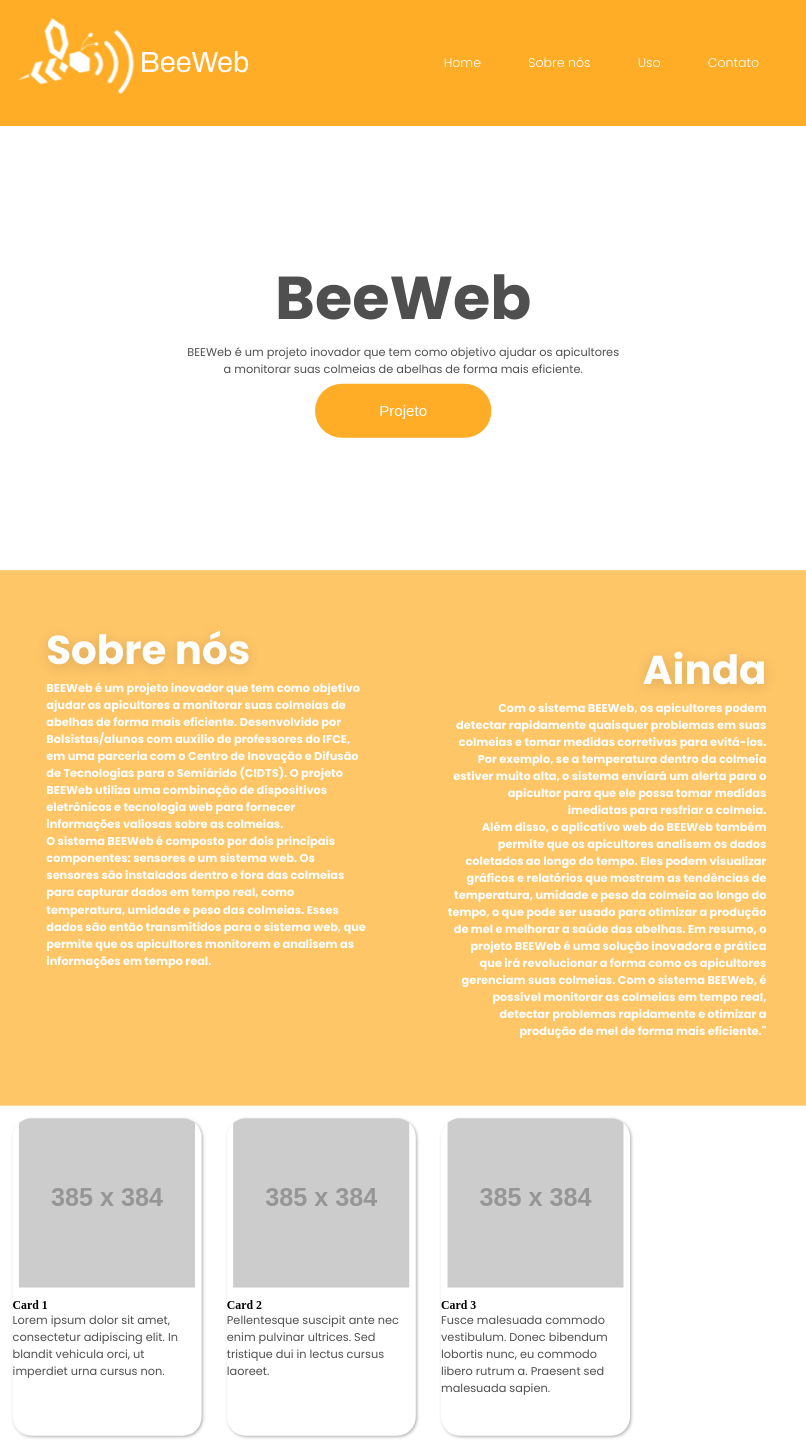
Repository: CCG-web/beeweb
Page: /
An editor plug-in stored every save of this project. The page is shown before and after the next save, followed by the edit.
The browser window is 1280 px wide. The pictures show the whole page, at 63% of full size.
The project was rebuilt for these pictures with package versions that can differ from the ones it lists, and the page was loaded fresh each time.

Above is the page before, as saved 2023-05-04 13:43:12.

### public/index.html
<!DOCTYPE html>
<html lang="en">
  <head>
    <meta charset="utf-8" />
    <link rel="icon" href="%PUBLIC_URL%/favicon.ico" />
    <meta name="viewport" content="width=device-width, initial-scale=1" />
    <meta name="theme-color" content="#000000" />
    <meta
      name="description"
      content="Web site created using create-react-app"
    />
    <link rel="preconnect" href="https://fonts.googleapis.com">
<link rel="preconnect" href="https://fonts.gstatic.com" crossorigin>
<link href="https://fonts.googleapis.com/css2?family=Poppins:ital,wght@0,100;0,200;0,300;0,400;0,500;0,600;0,700;0,800;0,900;1,100;1,200;1,300;1,400;1,500;1,600;1,700;1,800;1,900&display=swap" rel="stylesheet">
    <link rel="apple-touch-icon" href="%PUBLIC_URL%/logo192.png" />
    <!--
      manifest.json provides metadata used when your web app is installed on a
      user's mobile device or desktop. See https://developers.google.com/web/fundamentals/web-app-manifest/
    -->
    <link rel="manifest" href="%PUBLIC_URL%/manifest.json" />
    <!--
      Notice the use of %PUBLIC_URL% in the tags above.
      It will be replaced with the URL of the `public` folder during the build.
      Only files inside the `public` folder can be referenced from the HTML.

      Unlike "/favicon.ico" or "favicon.ico", "%PUBLIC_URL%/favicon.ico" will
      work correctly both with client-side routing and a non-root public URL.
      Learn how to configure a non-root public URL by running `npm run build`.
    -->
    <title>BeeWeb</title>
  </head>
  <body>
    <noscript>You need to enable JavaScript to run this app.</noscript>
    <div id="root"></div>
    <!--
      This HTML file is a template.
      If you open it directly in the browser, you will see an empty page.

      You can add webfonts, meta tags, or analytics to this file.
      The build step will place the bundled scripts into the <body> tag.

      To begin the development, run `npm start` or `yarn start`.
      To create a production bundle, use `npm run build` or `yarn build`.
    -->
  </body>
</html>

### src/index.css
*{
   margin: 0;
   padding: 0;
   box-sizing: border-box;
}

### src/App.js
import Navbar from "./components/Navbar";
import Home from "./components/Home.jsx"
import Sobre from "./components/Sobre";
import Cards from "./components/Cards";
import './App.css'
function App() {
  return (
    <div>
      <Navbar/>
    <Home/>
    <Sobre/>




    <div className='cardContainer'>




    <Cards
        image="https://via.placeholder.com/385x384.png?text=Image+1"
        alt="Image 1"
        title="Card 1"
        description="Lorem ipsum dolor sit amet, consectetur adipiscing elit. In blandit vehicula orci, ut imperdiet urna cursus non."
        />
      <Cards
        image="https://via.placeholder.com/385x384.png?text=Image+2"
        alt="Image 2"
        title="Card 2"
        description="Pellentesque suscipit ante nec enim pulvinar ultrices. Sed tristique dui in lectus cursus laoreet. "
        />
      <Cards
        image="https://via.placeholder.com/385x384.png?text=Image+3"
        alt="Image 3"
        title="Card 3"
        description="Fusce malesuada commodo vestibulum. Donec bibendum lobortis nunc, eu commodo libero rutrum a. Praesent sed malesuada sapien."
        />
  </div>

       </div>





  );
}

export default App;

### src/components/Navbar.jsx

import React, { useState, useEffect } from 'react'
import logoBee from "../assets/logoBEE.svg"
import { Divide as Hamburger } from 'hamburger-react'
import './Navbar.css'
const Navbar = () => {
  const [toggleMenu, setToggleMenu] = useState(false)
  const [screenWidth, setScreenWidth] = useState(window.innerWidth)

  const toggleNav = () => {

    setToggleMenu(!toggleMenu)
  }
  useEffect(() => {

    const changeWidth = () => {
      setScreenWidth(window.innerWidth);
    }

    window.addEventListener('resize', changeWidth)
    return () => {
      window.removeEventListener('resize', changeWidth)
    }
  }, [])

  return (



    <nav>

      {(toggleMenu || screenWidth > 1000) && (
        <ul className="list">


          <li className="items">Home</li>
          <li className="items">Sobre nós</li>
          <li className="items">Uso</li>
          <li className="items">Contato</li>

        </ul>
      )

      }


       <img src={logoBee} alt="" />

      <button onClick={toggleNav} className='btn'><Hamburger/></button>
    </nav>

  )
}

export default Navbar

### src/components/Home.jsx


import './Home.css'
const Home = () => {
    return (
        <section className='containerHome'>
            <div >

                <h1>BeeWeb</h1>

                <p>BEEWeb é um projeto inovador que tem como objetivo ajudar os apicultores <br/> a monitorar
                    suas colmeias de abelhas de forma mais eficiente.  </p>

                <button className='btnProjeto'>Projeto</button>
            </div>
        </section>
    )
}

export default Home

### src/components/Sobre.jsx
import React from 'react'

import './Sobre.css'

const Sobre = () => {
    return (
        <section className='ContainerSobre'  >
            <div className='itens'>

                <div className='texto first'>

                <h1>Sobre nós</h1>

                    <p>BEEWeb é um projeto inovador que tem como objetivo ajudar os apicultores a monitorar suas colmeias de abelhas de forma mais eficiente. Desenvolvido por Bolsistas/alunos com auxílio de professores do IFCE, em uma parceria com o Centro de Inovação e Difusão de Tecnologias para o Semiárido (CIDTS). O projeto BEEWeb utiliza uma combinação de dispositivos eletrônicos e tecnologia web para fornecer informações valiosas sobre as colmeias. <br />

                        O sistema BEEWeb é composto por dois principais componentes: sensores e um sistema web. Os sensores são instalados dentro e fora das colmeias para capturar dados em tempo real, como temperatura, umidade e peso das colmeias. Esses dados são então transmitidos para o sistema web, que permite que os apicultores monitorem e analisem as informações em tempo real.
                    </p>
                </div>

            </div>
            <div className='itens two' >
                <div className='texto secord' >
                <h1>Ainda</h1>

                    <p>Com o sistema BEEWeb, os apicultores podem detectar rapidamente quaisquer problemas em suas colmeias e tomar medidas corretivas para evitá-los. Por exemplo, se a temperatura dentro da colmeia estiver muito alta, o sistema enviará um alerta para o apicultor para que ele possa tomar medidas imediatas para resfriar a colmeia. <br />

                        Além disso, o aplicativo web do BEEWeb também permite que os apicultores analisem os dados coletados ao longo do tempo. Eles podem visualizar gráficos e relatórios que mostram as tendências de temperatura, umidade e peso da colmeia ao longo do tempo, o que pode ser usado para otimizar a produção de mel e melhorar a saúde das abelhas.

                        Em resumo, o projeto BEEWeb é uma solução inovadora e prática que irá revolucionar a forma como os apicultores gerenciam suas colmeias. Com o sistema BEEWeb, é possível monitorar as colmeias em tempo real, detectar problemas rapidamente e otimizar a produção de mel de forma mais eficiente."
                    </p>
                </div>
            </div>
        </section>
    )
}

export default Sobre

### src/components/Cards.jsx
import React from 'react'
import './Cards.css'
function Cards(props) {
    return (



   <div className="card">
        <img src={props.image} alt={props.alt} />
        <div className="card-content">
          <h3>{props.title}</h3>
          <p>{props.description}</p>
        </div>
      </div>






    );
  }

export default Cards

### src/components/Navbar.css
nav {
    font-family: 'Poppins', sans-serif;
    font-size: 20px;
    font-weight: 300;

    position: relative;
    top: 0;
    width: 100%;
    height: 200px;
    background-color: #ffad26;
    color: white;
}


img{
    position: absolute;
    left: 10px;
    top: -10px;
    width: 386px;
    height: 233px;

}
.list {
    list-style-type: none;
    background: #ffad26;
    height: 100%;
    display: flex;
    justify-content:flex-end;
    align-items: center;
    position: relative;
}

.items {
    margin-right: 75px;
    font-size: 20px;
    color: white;
    cursor: pointer;
    transition: color 0.3s ease, transform 0.3s ease;
  }

  .items:hover {
    color: black;
    transform: translateX(-5px) rotate(-5deg);
  }

.items {
    margin-right: 75px;
    font-size: 20px;

    color: white;
    cursor: pointer;
}

.btn {
    border: none;
    display: none;
    position: absolute;
    background-color:#ffad26;
    right: 10px;
    top: 20px;
    padding: 5px;
    color: white;
    font-size: 20px;
}

@media screen and (max-width: 1000px) {
    .list {
        flex-direction: column;
        height: auto;
    }
    img{
        position: absolute;
        left: 10px;
        top:0px;
        width: 155.6px;
        height: 93.2px;

    }
    nav{
        height: 100px;
    }
    .items:nth-child(1) {

        margin-top: 100px;
    }

    .items {
        border-top: 1px solid rgb(255, 249, 249);
        width: 100%;
        text-align: center;
        margin-right: 0px;
        padding: 20px 0;
    }

    .btn {
        display: block;
    }
}

### src/components/Home.css
section {
    width: 100%;
    margin-top: 200px;
    display: flex;
    justify-content: center;
    text-align: center;
}

h1 {
    font-family: 'Poppins', sans-serif;
    font-size: 96px;
    font-style: mixed;
    color: #4F4F4F;
}

p {
    font-family: 'Poppins', sans-serif;
    font-style: normal;
    font-size: 18px;
    color: #4F4F4F;
}

.btnProjeto {
    cursor: pointer;
    margin: 10px;
    font-size: 24px;
    background-color: #FFAD26;
    width: 280px;
    height: 86px;
    color: #FFFF;
    border: none;
    border-radius: 71px;
    transition: transform 0.4s ease-in-out, background-color 0.4s ease-in-out;
  }

  .btnProjeto:hover {
    background-color: #E76F00;
    transform: scale(1.05);
  }

  .btnProjeto:active {
    background-color: #FFC940;
    transform: scale(0.95);
  }



@media screen and (max-width: 1000px) {

    section {
        margin-top: 300px;
    }

    h1 {
        font-size: 48px;
    }



    .btnProjeto {
        width: 140px;
        height: 43px;
        font-size: 12px;
    }
}


@media screen and (max-width: 400px) {
    h1 {
        font-size: 30px;
    }
    p {
        font-size: 8px;
    }

    .btnProjeto {
        width: 70px;
        height: 21.5px;
    }

}

### src/components/Sobre.css
.ContainerSobre {
    justify-content: center;
    width: 100%;
    height: 850px;
    background-color: #FFC668;
    padding-left: 10px;


}

.itens>p {
    display: flex;
    text-align: right;
}

.texto>h1 {
    text-shadow: 0px 4px 20px rgba(0, 0, 0, 0.15);
    margin-top: 15px;
    color: white;
    font-size: 64px;
}

.texto {
    font-style: normal;
    font-weight: 700;
    margin: 5%;
    padding: 5%;
}

.first {
    text-align: left;
}

.secord {
    margin-top: 10%;
    text-align: right;


}


.texto>p {

    font-size: 18px;
    font-weight: bold;
    color: white;



}

.itens {
    width: 50%;
}

.ContainerSobre {
    background-size: auto;

}


@media screen and (max-width: 1000px) {
    .itens {
        width: 100%;
    }

    .ContainerSobre {
        background: none;
        background-color: #FFC668;
        display: flex;
        flex-direction: column;
        height: 100%;

    }

    .texto>h1 {
        text-align: center;
        font-size: 32px;
        margin: 10px;
    }

    .texto {
        text-align: justify;
        margin-top: 10px;
        padding: 20px;

        height: 100%
    }

    .texto>p {
        font-size: 15px;
    }
}

### src/components/Cards.css

.card {

  width: 300px;
  height: 504px;
  margin: 20px;
  border-radius: 30px;
  box-shadow: 2px 2px 5px rgba(0, 0, 0, 0.3);
  display: inline-block;
  vertical-align: top;
  overflow: hidden;
  position: relative;
  transition: transform 0.3s ease-in-out;

}

.card img {
  width: calc(100% - 20px);
  height: auto;
}

.card:hover {
  transform: scale(1.05);
  z-index: 1;
  box-shadow: 2px 2px 10px rgba(0, 0, 0, 0.5);
}

.card:hover:after {
  content: "";
  display: block;
  position: absolute;
  top: 0;
  left: 0;
  width: 100%;
  height: 100%;
  z-index: -1;
}

@media (max-width: 1100px) {

  .card {
    width: 240px;
    height: 403.2px;
  }

}
@media (max-width: 850px) {

  .card {
    width: 192px;
    height: 322.56px;
  }

}


@media (max-width: 700px) {

  .card {
    width: 153.6px;
height: 258.048px;
  }

}

h3 {
  margin-top: 95%;
}



/*
  .card {
    display: block;
    margin: 20px auto;
  } */

### src/App.css
/* .cardContainer {
    display: flex;
    justify-content: center;

}

@media screen and (max-width: 500px) {
    .cardContainer {
        display: block;
        justify-content: center;
        margin-left: auto;
        padding: auto;
    }

    .card {
        width: 100%;

    }
    img{
        width: 50px;
    }
} */

Loaded but not shown: src/index.js (common file)

After the next save:
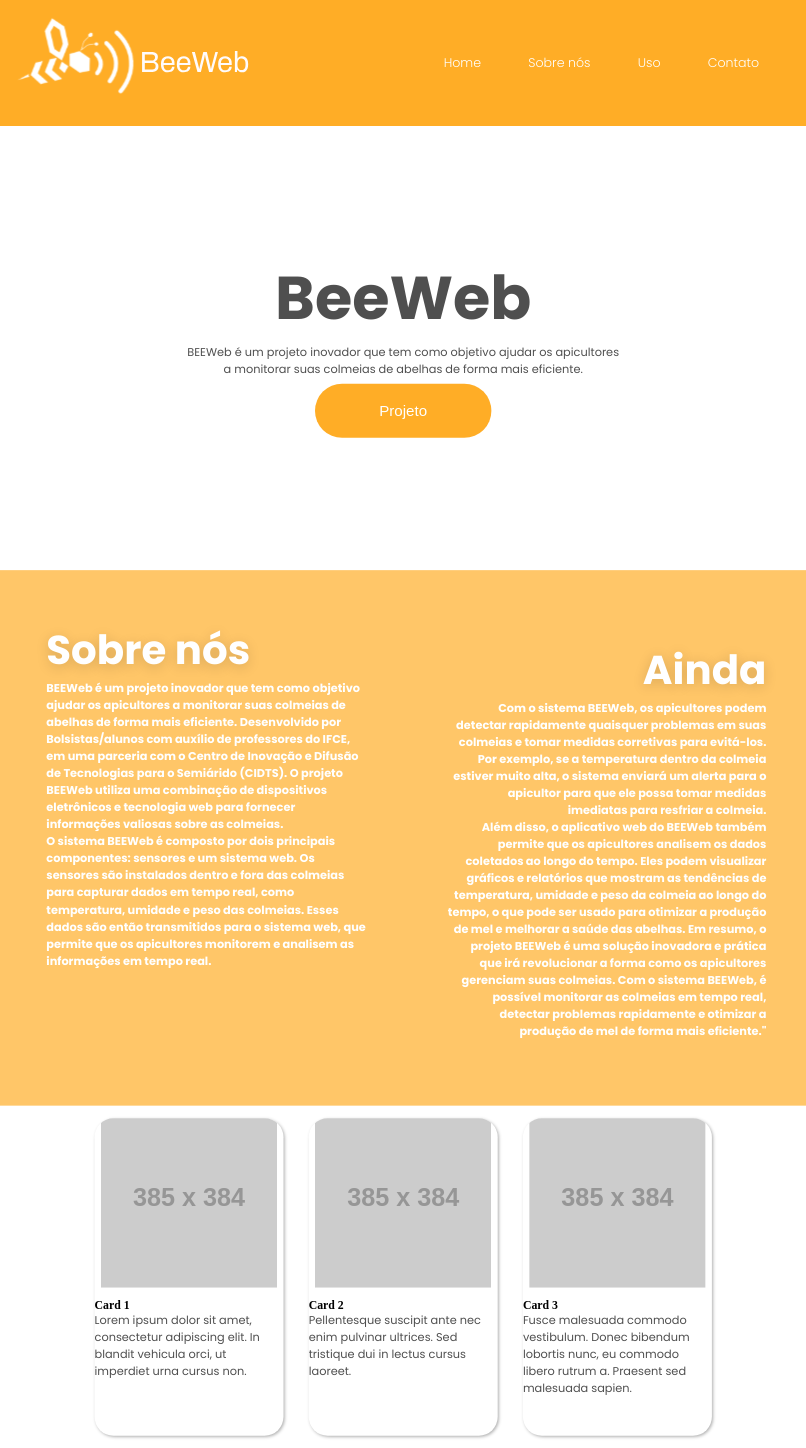
Saved 12 s later.
--- a/src/App.css
+++ b/src/App.css
@@ -1,10 +1,10 @@
-/* .cardContainer {
+.cardContainer {
     display: flex;
     justify-content: center;
 
 }
 
-@media screen and (max-width: 500px) {
+/* @media screen and (max-width: 500px) {
     .cardContainer {
         display: block;
         justify-content: center;
